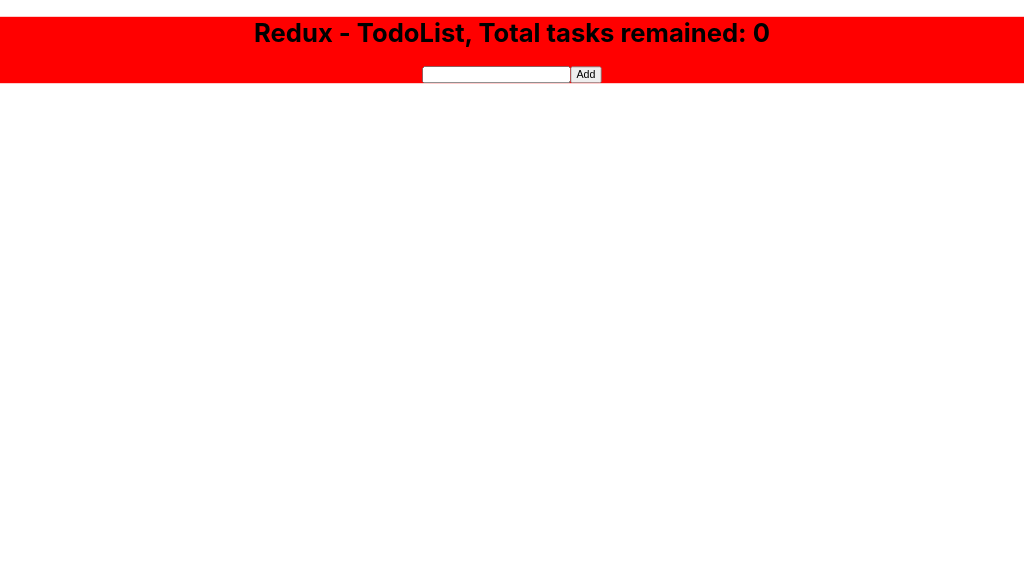
Repository: BhanuKaukuntla/TodoApp
Page: /
These files come from the project's save history. The page is drawn as it stood at one moment and after the next save; the edit follows.
The browser window is 1280 px wide. The pictures show the whole page, at 80% of full size.
The project was rebuilt for these pictures with package versions that can differ from the ones it lists, and the page was loaded fresh each time. Also part of the build but not shown: src/components/TodoItem/TodoItem.js.

Above is the page before, as saved 2021-12-01 09:55:03.

After the next save:
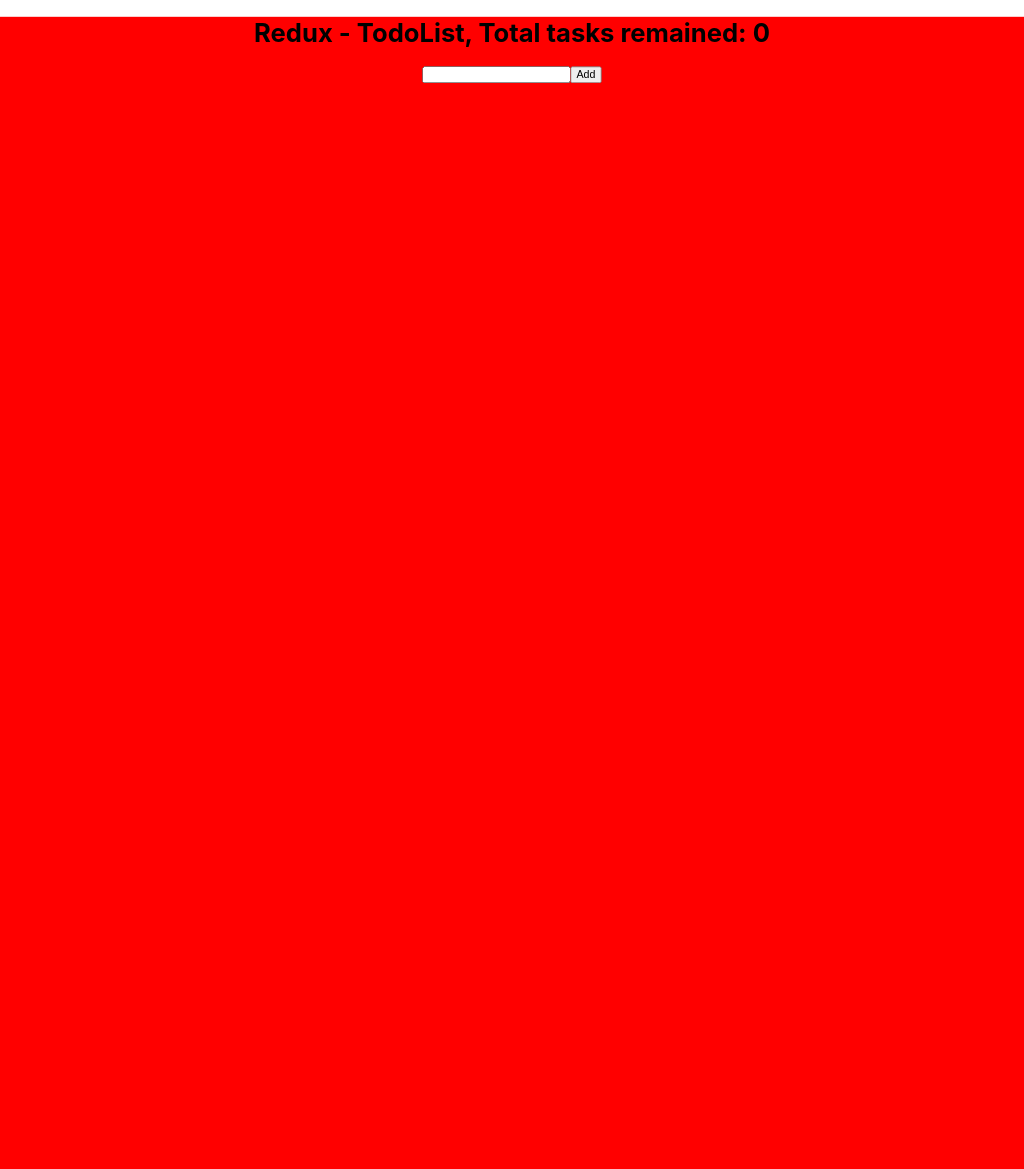
Saved 26 s later.
--- a/src/index.css
+++ b/src/index.css
@@ -14,4 +14,5 @@ code {
 .App {
   text-align: center;
   background-color: red;
+  height: 200vh;
 }
